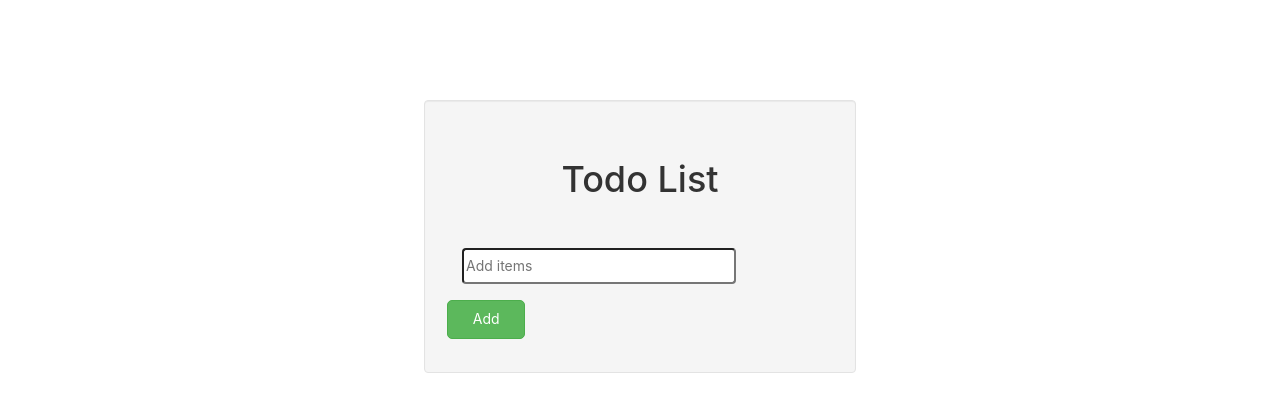
Repository: arpana23/Todo-list
Page: /
The author's editor kept a copy of each file at every save. The page is drawn from the files as they stood at one save, then again after the next save.
The browser window is 1280 px wide. The pictures show the whole page.
Some web libraries are served in a nearby version. The project was rebuilt for these pictures with package versions that can differ from the ones it lists, and the page was loaded fresh each time. Also part of the build but not shown: src/Todolist.js.

Above is the page before, as saved 2021-04-15 17:29:44.

### public/index.html
<!DOCTYPE html>
<html lang="en">
  <head>
    <meta charset="utf-8" />
    <link rel="icon" href="%PUBLIC_URL%/favicon.ico" />
    <meta name="viewport" content="width=device-width, initial-scale=1" />
    <meta name="theme-color" content="#000000" />
    <meta
      name="description"
      content="Web site created using create-react-app"
    />
    <link rel="apple-touch-icon" href="%PUBLIC_URL%/logo192.png" />
    <!--
      manifest.json provides metadata used when your web app is installed on a
      user's mobile device or desktop. See https://developers.google.com/web/fundamentals/web-app-manifest/
    -->
    <script src="https://kit.fontawesome.com/94ade1d1ca.js" crossorigin="anonymous"></script>
    <link rel="manifest" href="%PUBLIC_URL%/manifest.json" />
    <!-- Latest compiled and minified CSS -->
    <link rel="stylesheet" href="https://maxcdn.bootstrapcdn.com/bootstrap/3.4.1/css/bootstrap.min.css">

    <!-- jQuery library -->
    <script src="https://ajax.googleapis.com/ajax/libs/jquery/3.5.1/jquery.min.js"></script>

    <!-- Latest compiled JavaScript -->
    <script src="https://maxcdn.bootstrapcdn.com/bootstrap/3.4.1/js/bootstrap.min.js"></script>
    <!--
      Notice the use of %PUBLIC_URL% in the tags above.
      It will be replaced with the URL of the `public` folder during the build.
      Only files inside the `public` folder can be referenced from the HTML.

      Unlike "/favicon.ico" or "favicon.ico", "%PUBLIC_URL%/favicon.ico" will
      work correctly both with client-side routing and a non-root public URL.
      Learn how to configure a non-root public URL by running `npm run build`.
    -->
    <title>React App</title>
  </head>
  <body>
    <noscript>You need to enable JavaScript to run this app.</noscript>
    <div id="root"></div>
    <!--
      This HTML file is a template.
      If you open it directly in the browser, you will see an empty page.

      You can add webfonts, meta tags, or analytics to this file.
      The build step will place the bundled scripts into the <body> tag.

      To begin the development, run `npm start` or `yarn start`.
      To create a production bundle, use `npm run build` or `yarn build`.
    -->
  </body>
</html>

### src/App.js
import React, { useState } from 'react';
import Todolist from './Todolist';
import './App.css';

const App = () => {


  const [inputItem , setInputItem] = useState("");
  const [itemList , setItemList] = useState([]);

  const handleChange = (e) => {
    setInputItem(e.target.value);
  }

  const addItems = (e) => {
    e.preventDefault();
    setItemList((olditems) => {
      return [...olditems, inputItem];
    });
    setInputItem("");
  }

  const updateItem = (id) => {
    let item =  itemList.map((olditems,index,data) => {
      if(index === id) {
        setInputItem(data.splice(index,1));
        olditems = !olditems;
      }
      return [olditems];
      }
    )
    return item;
  }

  const deleteItem = (id) => {
    setItemList((olditems) => {
      return olditems.filter((arrElement,index) => {
        return index !== id;
        // if(index !== id) {
        //   return [...arrElement];
        // }
      })
    })
  }


 return (
  <>
    <div className="main-container">
      <div className="flex-container">
        <div className="well">
          <br />
            <h1 className="title text-center">Todo List</h1>
          <br />
          <div>
            <input type="text" className="addInput" max="10" min="1" placeholder="Add items" value={inputItem} onChange={handleChange}/>
            <button type="submit" className={`btn text-center ${setInputItem !== '' ? 'btn-success' : 'btn-success text-blur'}`}   onClick={addItems}> Add </button>
            <ul className="list-group">
              {
                itemList.map((data,index) => {
                  return <Todolist
                  key= {index}
                  id= {index}
                  list= {data}
                  onEdit= {updateItem}
                  onSelect= {deleteItem}
                  />
                })
              }
            </ul>
          </div>
        </div>
      </div>
    </div>

  </>
 )
}

export default App;

### src/App.css
.App {
  text-align: center;
}

.main-container {
  display: flex;
  flex-direction: column;
  justify-content: center;
}

.flex-container {
  display: flex;
  flex-direction: column;
  align-items: center;
  margin: 100px;
}

.well {
  background-color: linear-gradient(rgb(22, 26, 56),rgb(7, 14, 63));
  width: 40%;
}

.addInput {
  margin: 18px;
  width: 70%;
  height: 5vh;
  border-radius: 4px;

  /* margin-left: 4px; */
}

.btn {
  margin: 3px;
  width: 20%;
  height: 5.5vh;
  border-radius: 5px;
  margin-top: -2px;
}

.list-group {
  margin: 11px;
}

.mylist {
  /* border: 1px solid black; */
  margin-top: 10px;
  margin-bottom: 10px;
  text-align: justify;
  /* border-radius: 7px; */
}

.list-group-item {
  word-wrap: break-word;
}

.my-text {
  margin-right: 3px;
  word-wrap: break-word;
}

.ed-del {
  display: flex;
  flex-direction: row;
  margin-top: -20px;
  justify-content: flex-end;
  align-items: center;
  /* position: relative;
  right: 0px; */
}

.fas {
  font-size: 20px;
  margin: 3px;
  display: flex;
  flex-direction: row;
  /* margin: 7px; */
  align-items: center;
}

Loaded but not shown: src/index.js (common file); src/index.css (common file); src/reportWebVitals.js (common file)

After the next save:
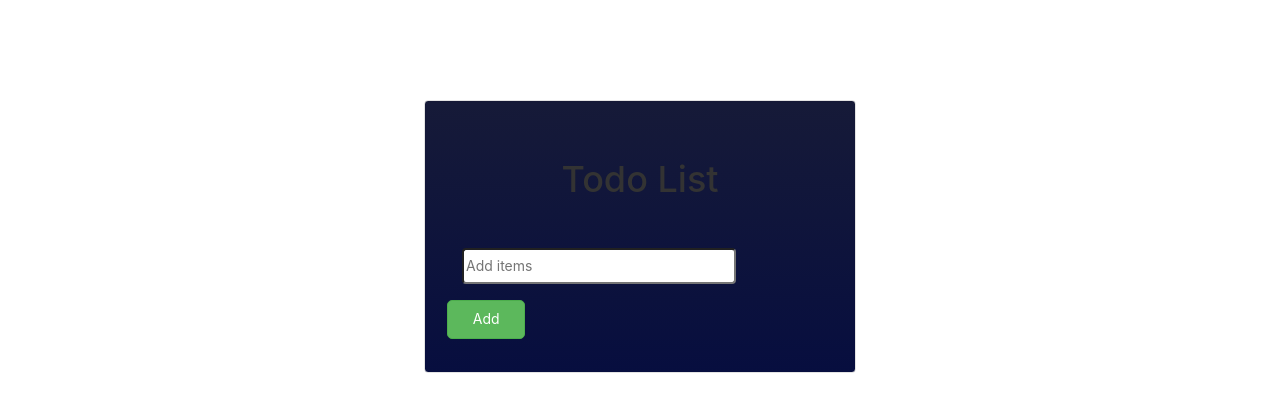
Saved 64 s later.
--- a/src/App.css
+++ b/src/App.css
@@ -16,7 +16,7 @@
 }
 
 .well {
-  background-color: linear-gradient(rgb(22, 26, 56),rgb(7, 14, 63));
+  background-image: linear-gradient(rgb(22, 26, 56),rgb(7, 14, 63));
   width: 40%;
 }
 

After the save that followed:
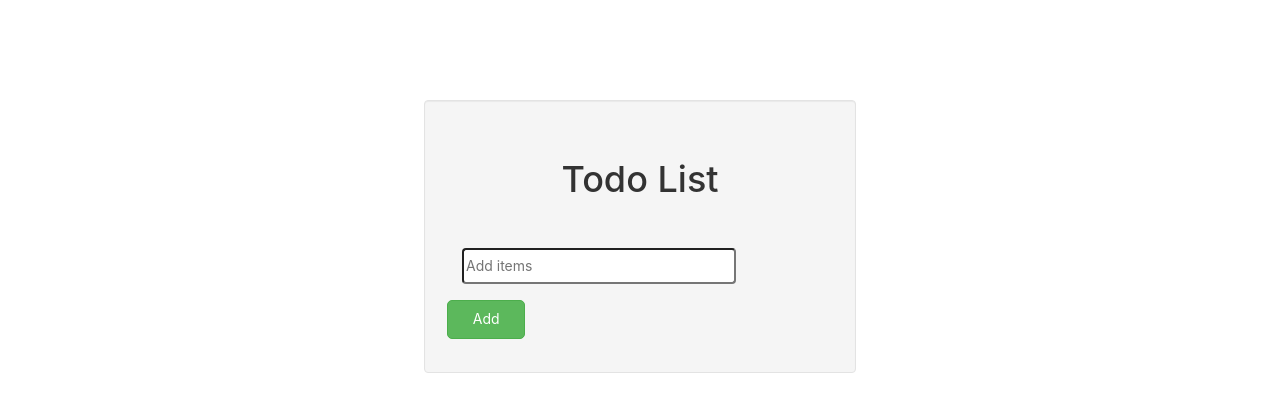
Saved 7 s later.
--- a/src/App.css
+++ b/src/App.css
@@ -16,7 +16,6 @@
 }
 
 .well {
-  background-image: linear-gradient(rgb(22, 26, 56),rgb(7, 14, 63));
   width: 40%;
 }
 
